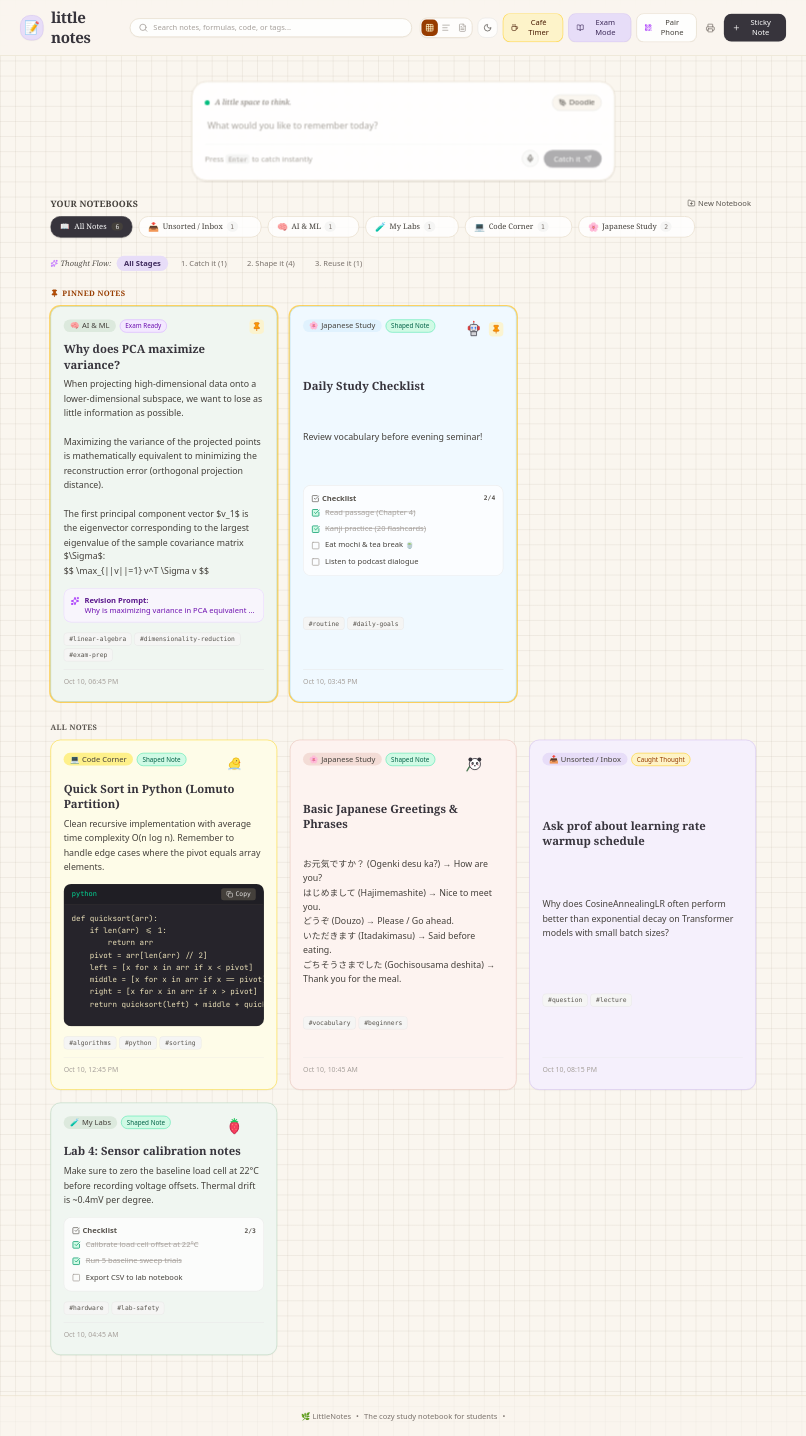
Repository: NourImen-cloud/LittleNotes
Page: /
An editor plug-in stored every save of this project. The page is shown before and after the next save, followed by the edit.
The browser window is 1280 px wide. The pictures show the whole page, at 63% of full size.
Some web fonts or font styles are not loaded; a fallback is used. The project was rebuilt for these pictures with package versions that can differ from the ones it lists, and the page was loaded fresh each time. Also part of the build but not shown: vite.config.ts, src/components/StickyNotePickerModal.tsx, src/components/EditNoteModal.tsx, src/components/RevisionModal.tsx, src/utils/audio.ts, src/components/StudyTimerModal.tsx, src/components/DoodleCanvasModal.tsx.

Above is the page before, as saved 2026-10-11 16:33:03.

After the next save:
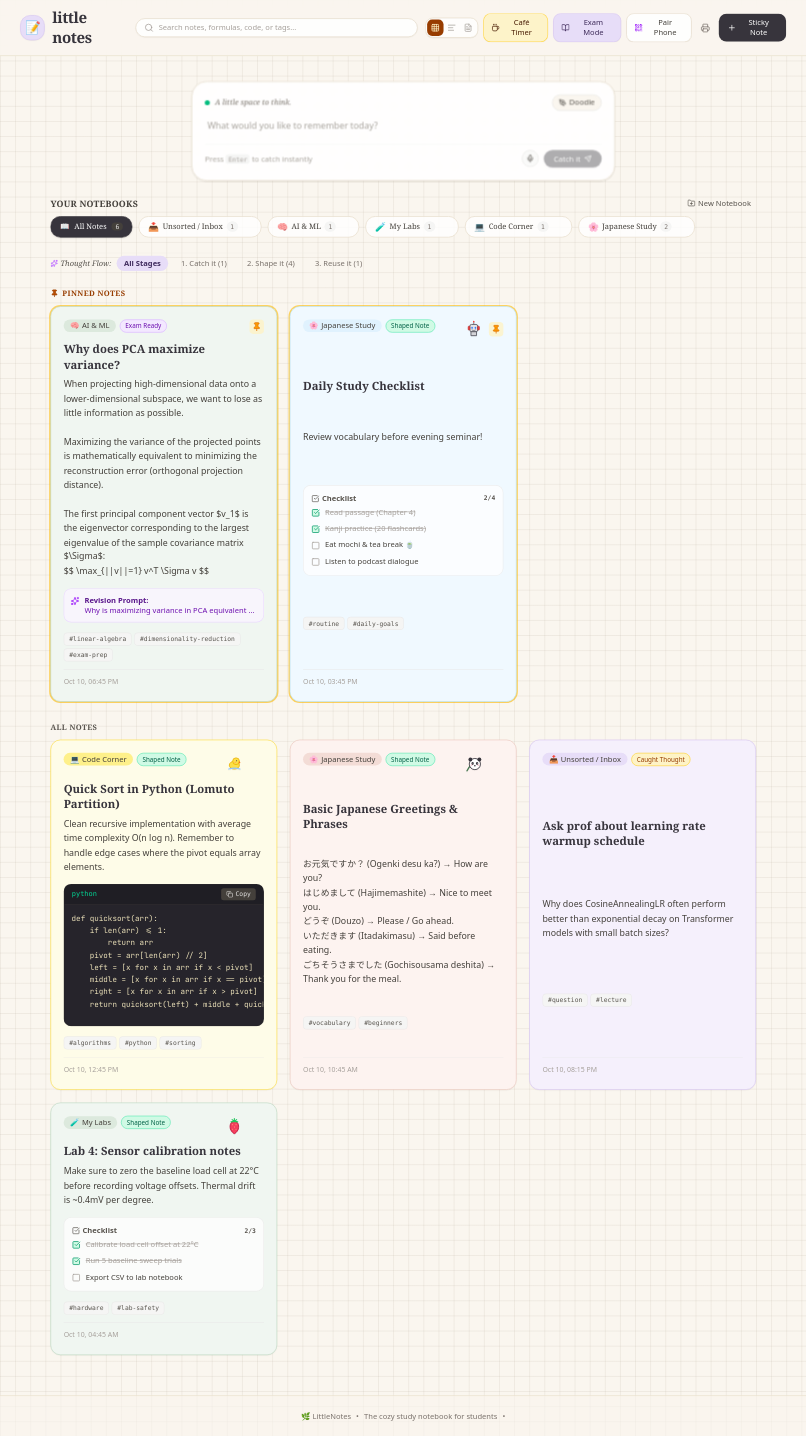
Saved 2 min 20 s later.
--- a/src/components/Header.tsx
+++ b/src/components/Header.tsx
@@ -153,18 +153,6 @@ export const Header: React.FC<Props> = ({
             </button>
           </div>
 
-          {/* Warm Café Night Mode */}
-          <button
-            onClick={onToggleNightMode}
-            className={`p-2 rounded-xl border transition cursor-pointer ${
-              isNightMode
-                ? 'bg-amber-900/60 border-amber-700/60 text-amber-200'
-                : 'bg-white/80 border-stone-200 text-stone-600 hover:bg-white'
-            }`}
-            title={isNightMode ? 'Switch to Warm Daylight' : 'Switch to Warm Café Night Mode'}
-          >
-            {isNightMode ? <Sun size={14} /> : <Moon size={14} />}
-          </button>
 
           {/* Café Timer */}
           <button
